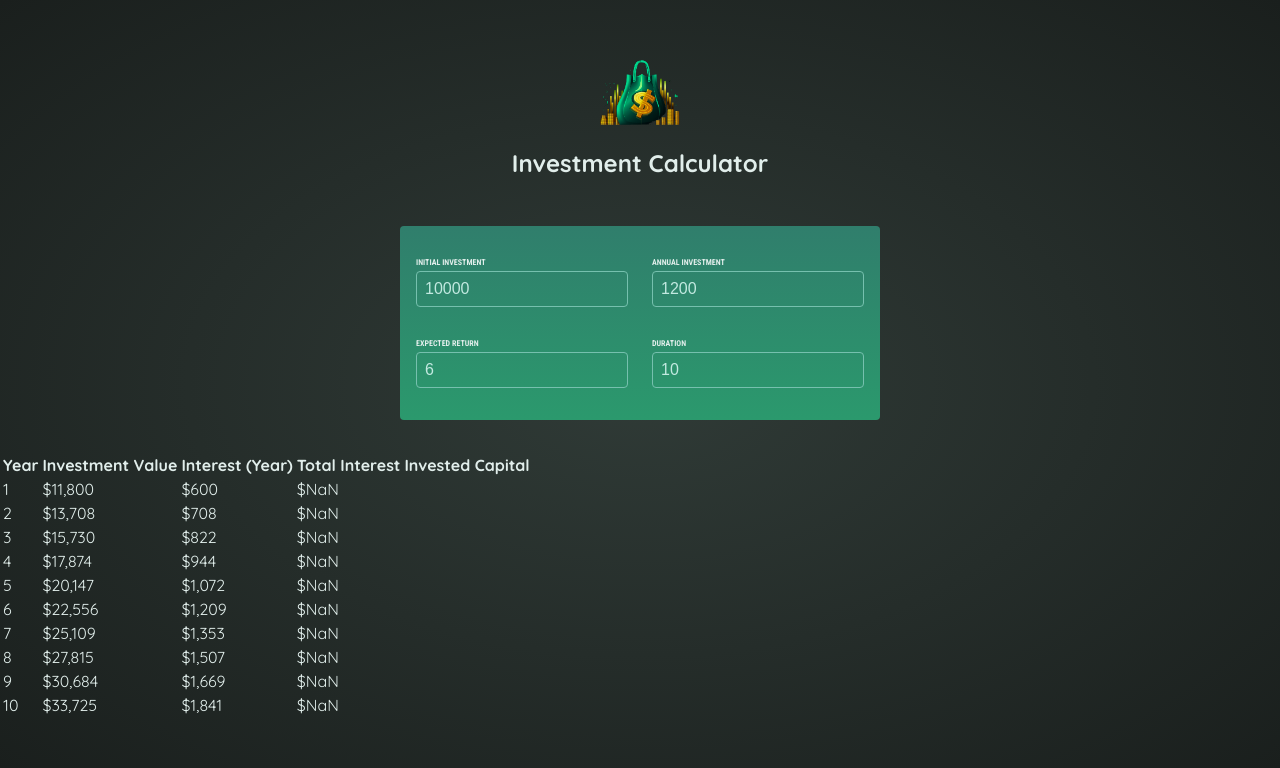
Repository: ooluchi/prac-investment-calculator
Page: /
The author's editor kept a copy of each file at every save. The page is drawn from the files as they stood at one save, then again after the next save.
The browser window is 1280 px wide. The pictures show the whole page.
The project was rebuilt for these pictures with package versions that can differ from the ones it lists, and the page was loaded fresh each time. Also part of the build but not shown: vite.config.js.

Above is the page before, as saved 2024-11-13 15:16:24.

### src/App.jsx
import { useState } from "react";
import Header from "./components/Header";
import UserInput from "./components/UserInput";
import Results from "./components/Results";

function App() {

  const [userInput, setUserInput] = useState({
    initialInvestment: 10000,
    annualInvestment: 1200,
    expectedReturn: 6,
    duration: 10,
});

function handleChange(inputIdentifier, newValue) {
  setUserInput((previousInput) => ({
      ...previousInput,
      [inputIdentifier]: +newValue,
  }));
}

  return (
    <>
   <Header />
  <UserInput userInput={userInput}  onChange={handleChange} />
  <Results input={userInput} />
   </>
  )
}


export default App

### src/components/Header.jsx
import logo from "../assets/investment-calculator-logo.png"

export default function Header() {
    return (
        <header id="header">
        <img src={logo} alt="money-bag-image" />
        <h1> Investment Calculator</h1>
        </header>
    )
}

### src/components/UserInput.jsx

export default function UserInput ({ onChange, userInput } ) {
    return (
        <section id="user-input">
            <div className="input-group">
                <p>
                    <label>Initial Investment</label>
                    <input
                        type="number"
                        required
                        value={userInput.initialInvestment}
                        onChange={(event) =>
                            onChange("initialInvestment", event.target.value)
                        }
                    />
                </p>
                <p>
                    <label>Annual Investment</label>
                    <input
                        type="number"
                        required
                        value={userInput.annualInvestment}
                        onChange={(event) =>
                            onChange("annualInvestment", event.target.value)
                        }
                    />
                </p>
            </div>
            <div className="input-group">
                <p>
                    <label>Expected Return</label>
                    <input
                        type="number"
                        required
                        value={userInput.expectedReturn}
                        onChange={(event) =>
                            onChange("expectedReturn", event.target.value)
                        }
                    />
                </p>
                <p>
                    <label>Duration</label>
                    <input
                        type="number"
                        required
                        value={userInput.duration}
                        onChange={(event) => onChange("duration", event.target.value)}
                    />
                </p>
            </div>
        </section>
    );
}

### src/components/Results.jsx
import { calculateInvestmentResults, formatter } from '../util/investment'

export default function Results ({ input }) {
    const resultsData = calculateInvestmentResults(input);
    const initialInvestment =
    resultsData[0].valueEndOfYear -
    resultsData[0].interest -
    resultsData[0].annualInvestment

    return(
        <table id="results">
            <thead>
                <tr>
                    <th>Year</th>
                    <th>Investment Value</th>
                    <th>Interest (Year)</th>
                    <th>Total Interest</th>
                    <th>Invested Capital</th>
                </tr>
            </thead>
            <tbody>
                {resultsData.map(yearData => {
                    const totalInterest = yearData.valueEndOfYear - yearData.annualInvestment * yearData.year - initialInvestment;
                    return (
                        <tr key={yearData.year}>
                            <td>{yearData.year}</td>
                            <td>{formatter.format(yearData.valueEndOfYear)}</td>
                            <td>{formatter.format(yearData.interest)}</td>
                            <td>{formatter.format()}</td>
                            <td></td>
                        </tr>
                    )
                }

                )}
            </tbody>
        </table>
    )
}

### src/util/investment.js
// This function expects a JS object as an argument
// The object should contain the following properties
// - initialInvestment: The initial investment amount
// - annualInvestment: The amount invested every year
// - expectedReturn: The expected (annual) rate of return
// - duration: The investment duration (time frame)
export function calculateInvestmentResults({
  initialInvestment,
  annualInvestment,
  expectedReturn,
  duration,
}) {
  const annualData = [];
  let investmentValue = initialInvestment;

  for (let i = 0; i < duration; i++) {
    const interestEarnedInYear = investmentValue * (expectedReturn / 100);
    investmentValue += interestEarnedInYear + annualInvestment;
    annualData.push({
      year: i + 1, // year identifier
      interest: interestEarnedInYear, // the amount of interest earned in this year
      valueEndOfYear: investmentValue, // investment value at end of year
      annualInvestment: annualInvestment, // investment added in this year
    });
  }

  return annualData;
}

// The browser-provided Intl API is used to prepare a formatter object
// This object offers a "format()" method that can be used to format numbers as currency
// Example Usage: formatter.format(1000) => yields "$1,000"
export const formatter = new Intl.NumberFormat('en-US', {
  style: 'currency',
  currency: 'USD',
  minimumFractionDigits: 0,
  maximumFractionDigits: 0,
});

Loaded but not shown: index.html (common file); src/index.jsx (common file); src/index.css (common file)

After the next save:
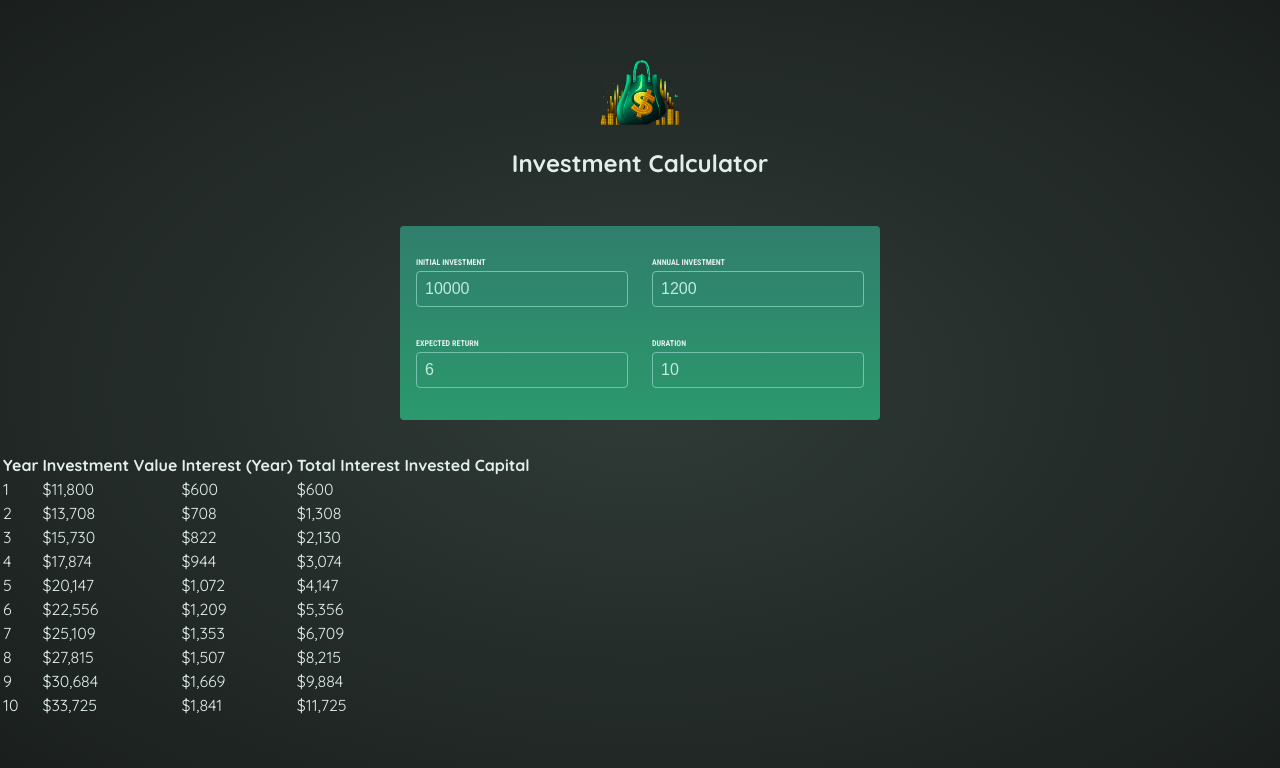
Saved 4 s later.
--- a/src/components/Results.jsx
+++ b/src/components/Results.jsx
@@ -26,7 +26,7 @@ export default function Results ({ input }) {
                             <td>{yearData.year}</td>
                             <td>{formatter.format(yearData.valueEndOfYear)}</td>
                             <td>{formatter.format(yearData.interest)}</td>
-                            <td>{formatter.format()}</td>
+                            <td>{formatter.format(totalInterest)}</td>
                             <td></td>
                         </tr>
                     )
